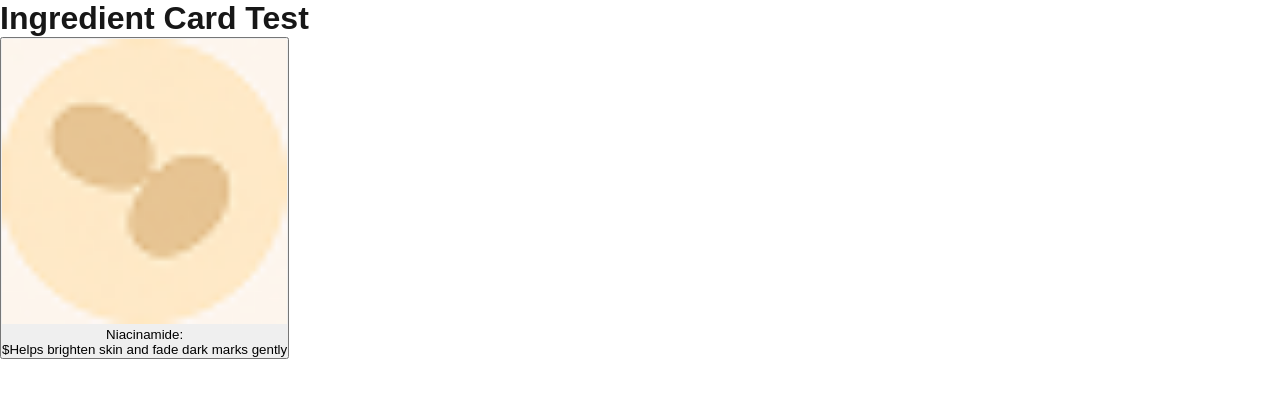
Repository: Esteb4ncd/DermaKnight_WebApp
Page: / (app in dermaknight/)
The author's editor kept a copy of each file at every save. The page is drawn from the files as they stood at one save, then again after the next save.
The browser window is 1280 px wide. The pictures show the whole page.
The project was rebuilt for these pictures with package versions that can differ from the ones it lists, and the page was loaded fresh each time. The framework's server and built-in components were replaced by stand-ins that run in the browser. Also part of the build but not shown: dermaknight/next.config.mjs.

Above is the page before, as saved 2025-05-08 13:53:31.

After the next save:
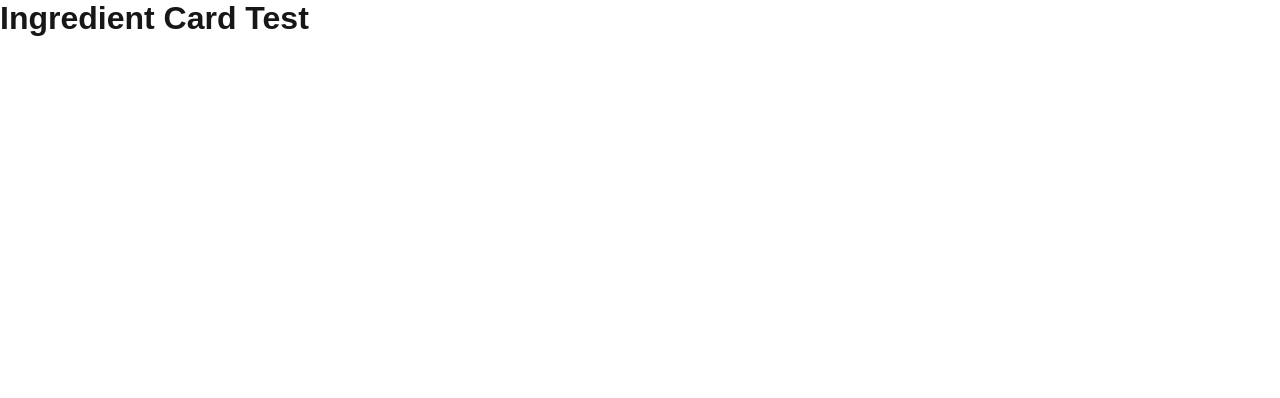
Saved 112 s later.
--- a/dermaknight/app/page.js
+++ b/dermaknight/app/page.js
@@ -9,7 +9,7 @@
 
 const ingredients = [
   {
-      name: "Niacinamide:",
+      name: "",
       image: "/ingredients/image_1.png",
       description: "Helps brighten skin and fade dark marks gently",
   },

After the save that followed:
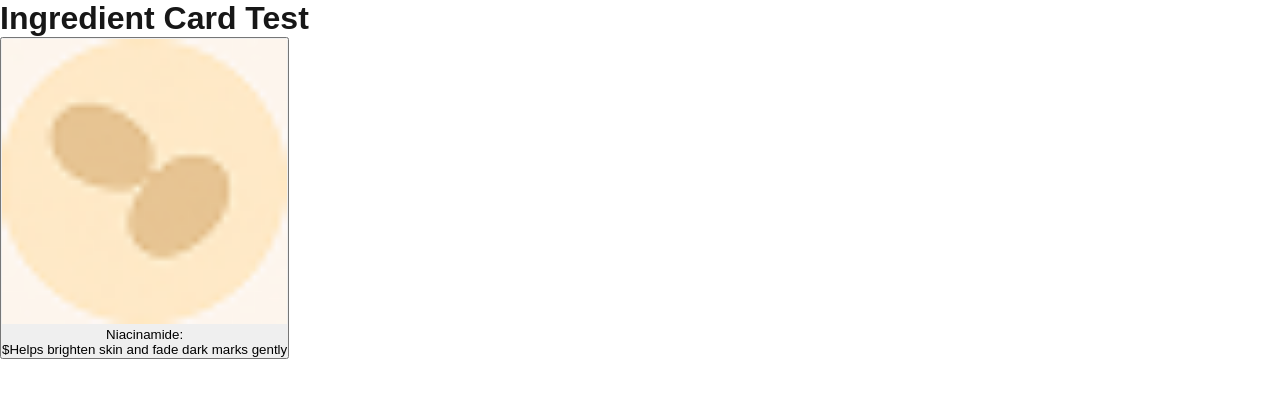
Saved 5 s later.
--- a/dermaknight/app/page.js
+++ b/dermaknight/app/page.js
@@ -9,7 +9,7 @@
 
 const ingredients = [
   {
-      name: "",
+      name: "Niacinamide:",
       image: "/ingredients/image_1.png",
       description: "Helps brighten skin and fade dark marks gently",
   },
